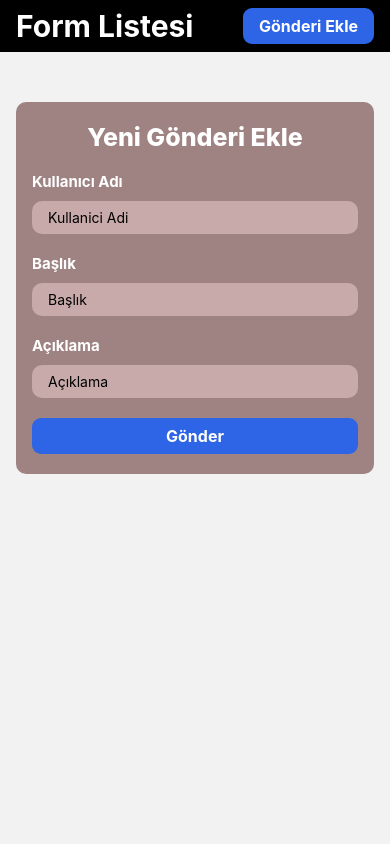
Repository: Kubraaygun/FirebaseRN
Screen: /
An editor plug-in stored every save of this project. The screen is shown before and after the next save, followed by the edit.
The app was drawn by React Native's web renderer in a window 390 px wide. The project was rebuilt for these pictures with package versions that can differ from the ones it lists, and the page was loaded fresh each time. Also part of the build but not shown: src/screens/ListPost/ListPostView.jsx, src/screens/ListPost/ListPostController.jsx.

Above is the screen before, as saved 2025-01-20 20:53:46.

After the next save:
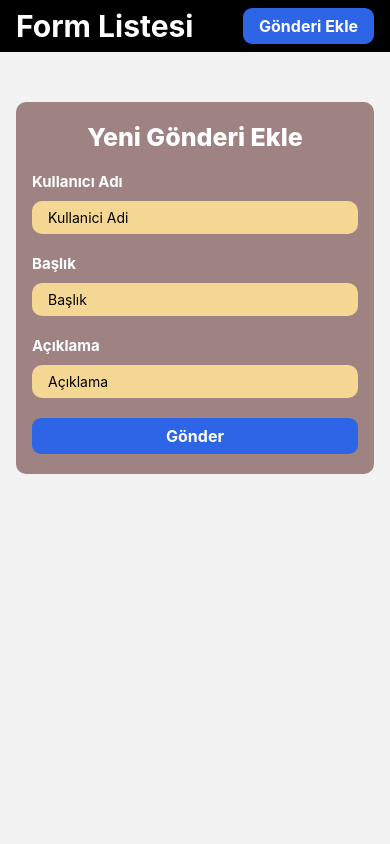
Saved 9 s later.
--- a/src/screens/AddPost/AddPostView.jsx
+++ b/src/screens/AddPost/AddPostView.jsx
@@ -65,7 +65,7 @@ const styles = StyleSheet.create({
     fontWeight: '700',
   },
   input: {
-    backgroundColor: '#C8AAAA',
+    backgroundColor: '#F4D793',
     paddingHorizontal: 16,
     paddingVertical: 8,
     borderRadius: 10,
